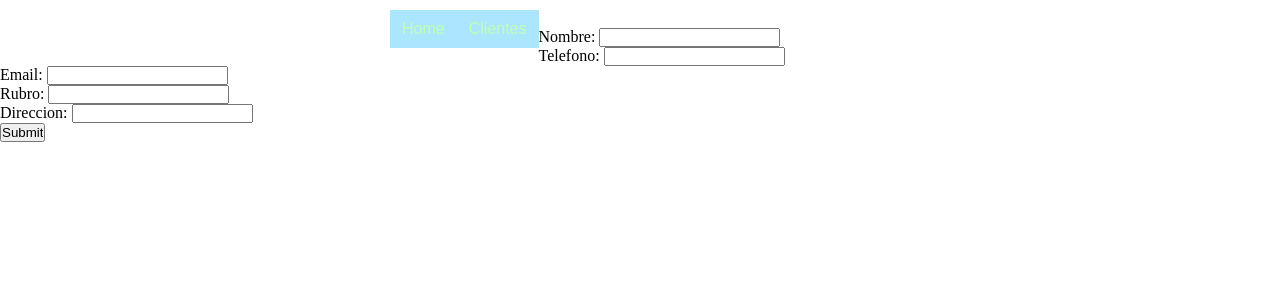
Repository: felipeps23/Java
Page: http://localhost/CRUD-MVC/AgregarCliente
These files come from the project's save history. The page is drawn as it stood at one moment and after a run of saves; the edit follows.
The browser window is 1280 px wide. The pictures show the whole page.
The page is served by Tomcat 9.

Above is the page before, as saved 2021-10-03 18:14:03.

After the next 3 saves:
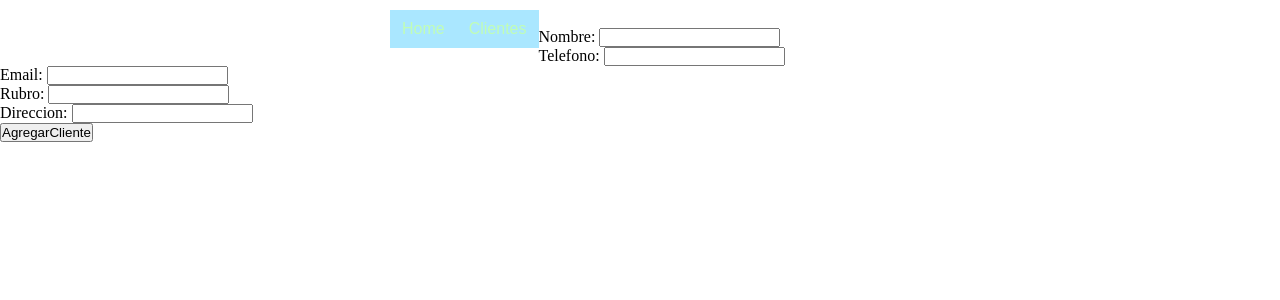
The 3 saves are shown as one change because they came seconds apart.
The last was saved 16 s later.
--- a/CRUD-MVC/src/main/webapp/AgregarCliente.jsp
+++ b/CRUD-MVC/src/main/webapp/AgregarCliente.jsp
@@ -36,10 +36,10 @@
 		<label>Email:</label>
 		<input type="text" name="nombre"><br>
 		<label>Rubro:</label>
-		<input type="text" name="nombre"><br>
+		<input type="text" name="rubro"><br>
 		<label>Direccion:</label>
-		<input type="text" name="nombre"><br>
-		<input type="submit" name="nombre"><br>
+		<input type="text" name="direccion"><br>
+		<input type="submit" value="AgregarCliente"><br>
 	</form>
 </body>
 </html>
